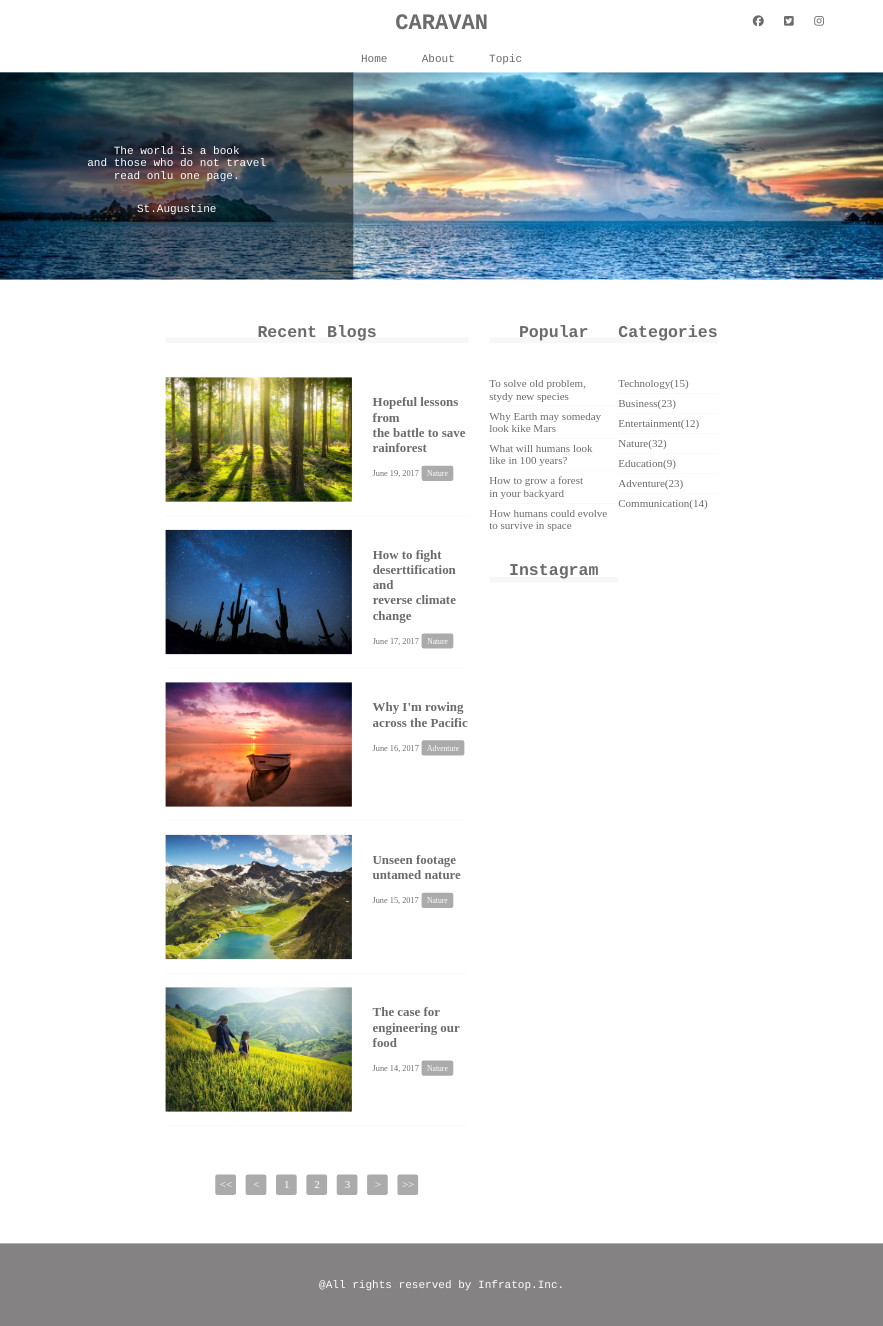
Repository: cyaomasa/java-
Page: caravan/index.html
The author's editor kept a record of every edit. The page is drawn from the files as they stood at one moment, then again after the next edit.
The browser window is 1280 px wide. The pictures show the whole page, at 69% of full size.
Some web libraries are served in a nearby version.

Above is the page before.

After the next edit:
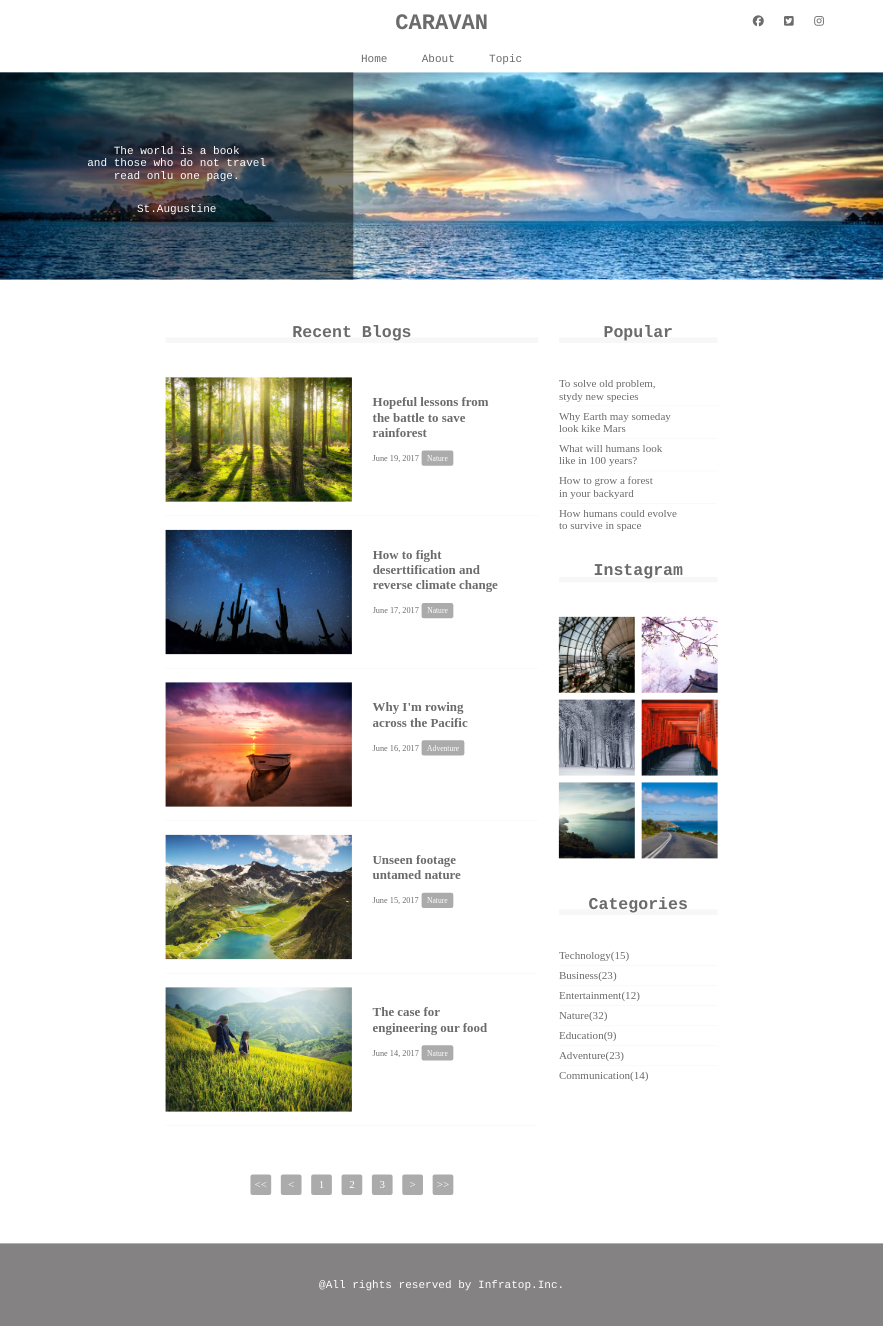
The edit:
--- a/caravan/index.html
+++ b/caravan/index.html
@@ -145,12 +145,12 @@
         <section class="instagram">
           <h2 class="instagram-heading common-heading">Instagram</h2>
           <div class="sidebar-contents">
-            <div class"instagram-box"></div>
-            <div class"instagram-box"></div>
-            <div="instagram-box"></div>
-            <div="instagram-box"></div>
-            <div="instagram-box"></div>
-            <div="instagram-box"></div>
+            <div class="instagram-box"></div>
+            <div class="instagram-box"></div>
+            <div class="instagram-box"></div>
+            <div class="instagram-box"></div>
+            <div class="instagram-box"></div>
+            <div class="instagram-box"></div>
           </div>
         </section>
         <section class="categories">
